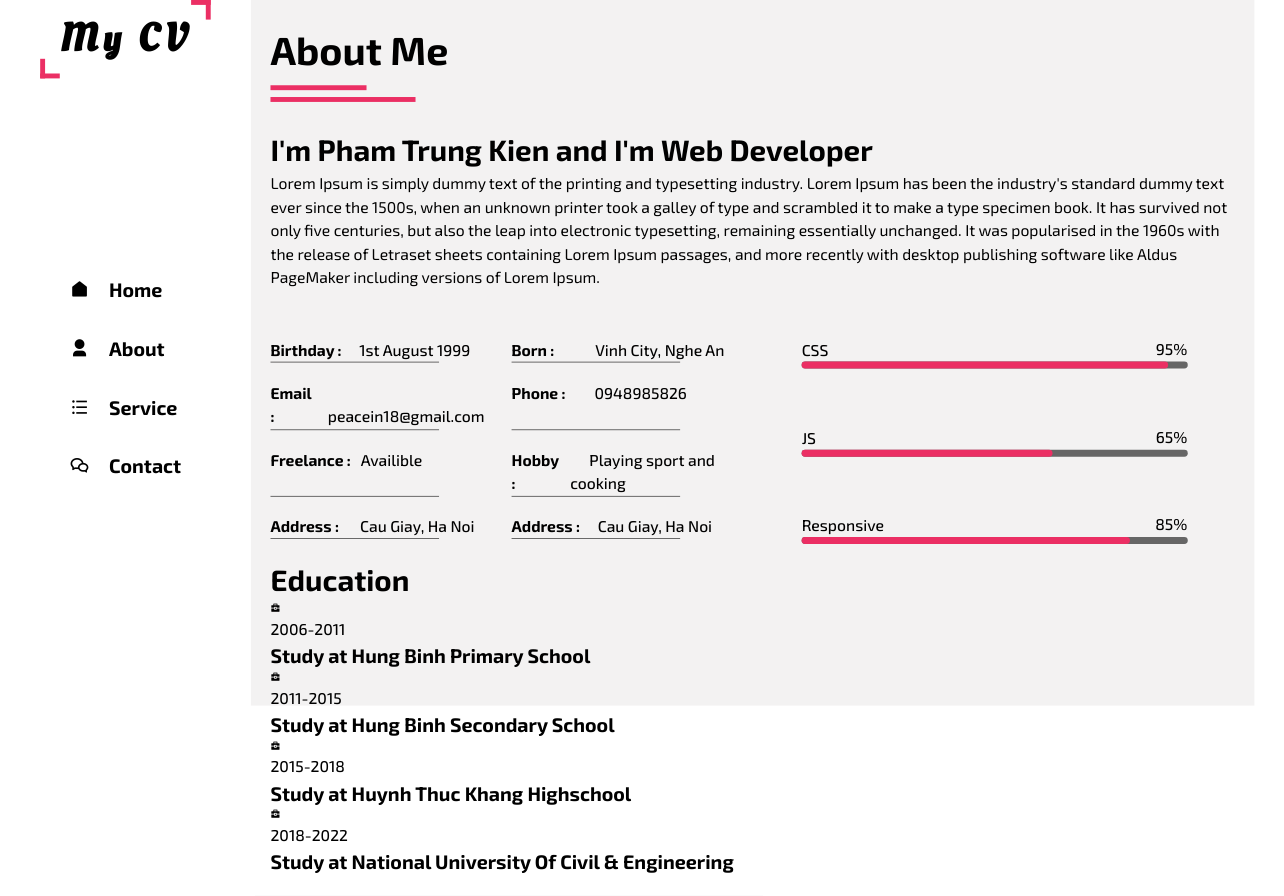
Repository: kien181999/First-Project
Page: index.html
The author's editor kept a copy of each file at every save. The page is drawn from the files as they stood at one save, then again after the next save.
The browser window is 1280 px wide. The page is 1310 px wide, so the pictures cover 1310 px, including what lies to the right of the window. The pictures show the whole page, at 98% of full size.
The style sheet was rebuilt from its Sass, Less or Tailwind sources for each picture, by a compiler version that may differ from the author's.

Above is the page before, as saved 2022-06-02 16:30:33.

After the next save:
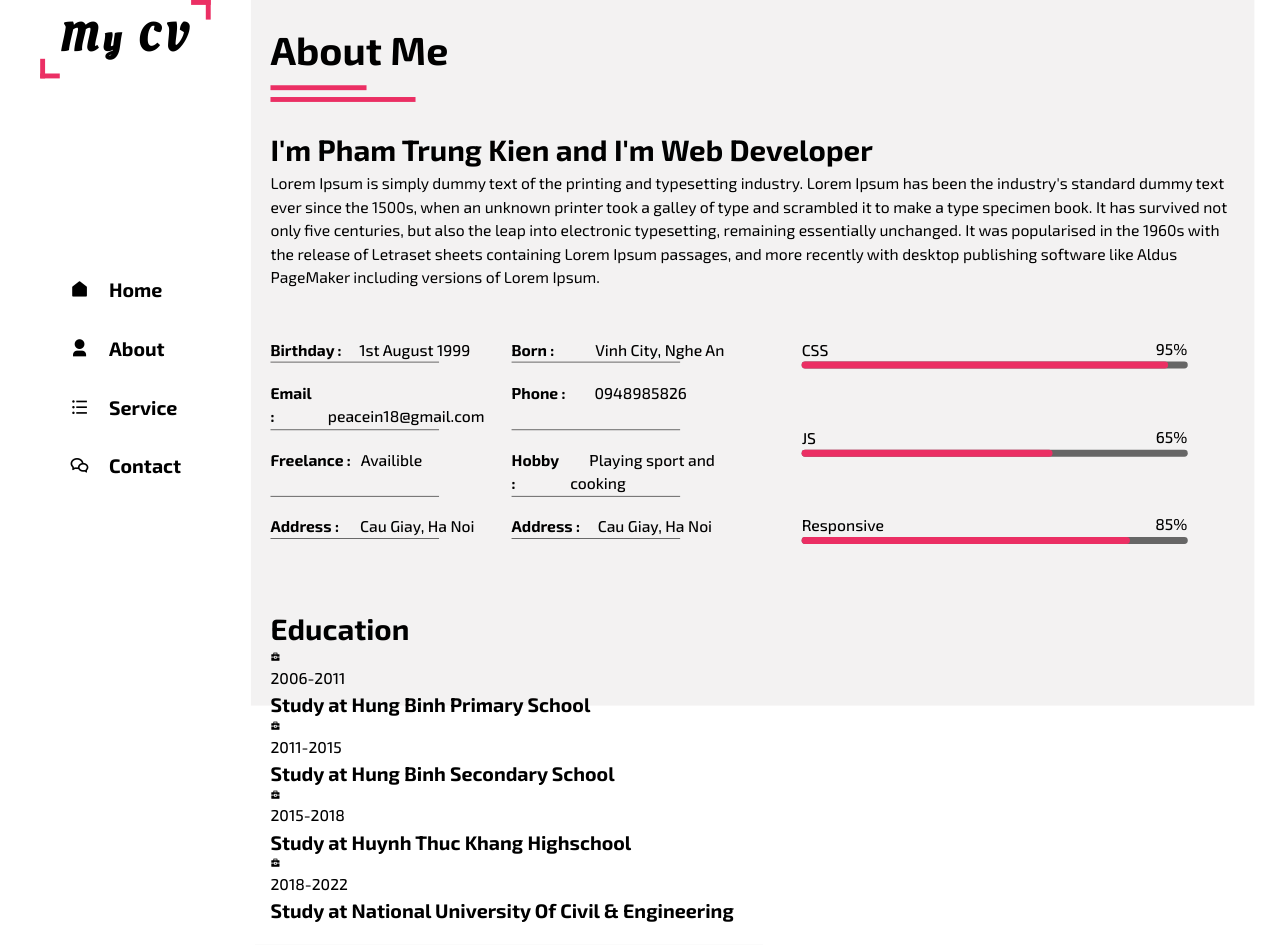
Saved 26 s later.
--- a/sass/_about.scss
+++ b/sass/_about.scss
@@ -94,7 +94,7 @@
             top: -25px;
         }
         }
-    &-info{
+    &-infor{
         margin-bottom: 5rem;
     }
 }
